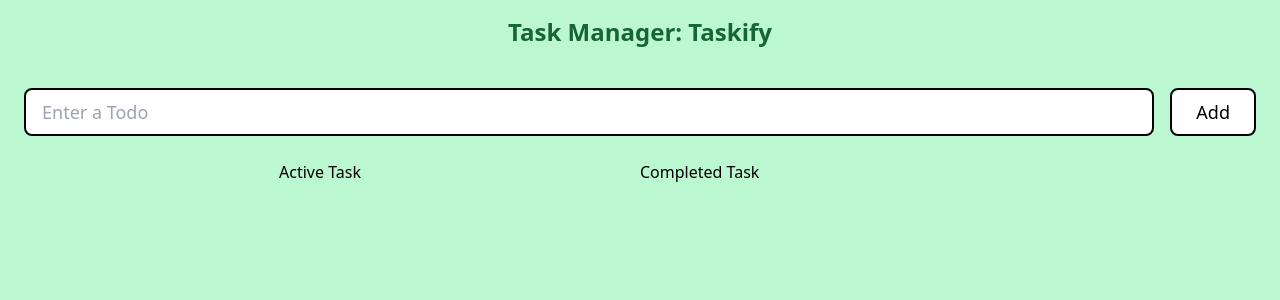
Repository: Dineshbhandari2023/Todo
Page: /
An editor plug-in stored every save of this project. The page is shown before and after the next save, followed by the edit.
The browser window is 1280 px wide. The pictures show the whole page.
Some web fonts or font styles are not loaded; a fallback is used. The project was rebuilt for these pictures with package versions that can differ from the ones it lists, and the page was loaded fresh each time. Also part of the build but not shown: src/Components/SingleTodo.tsx.

Above is the page before, as saved 2025-06-19 21:59:57.

### src/App.tsx
import React, { useState } from "react";
import "./App.css";
import InputFields from "./Components/InputFields";
import { Todo } from "./model";
import TodoList from "./Components/TodoList";

// //Learning Types
// let name: string;
// let age: number;
// let hobbies: string[];
// let role: [number, number, string];

// // Objects Can be defined using: types or interface
// type Animal = {
//   name: string;
//   age: number;
//   color?: string;
// };

// let myAnimal: Animal = {
//   name: "Dog",
//   age: 3,
//   color: "Brown",
// };

// let Animals: Animal[];

// //defining function in ts
// function printAnything(Animal: string) {
//   console.log(Animal);
// }

// printAnything("DOG");

const App: React.FC = () => {
  const [todo, setTodo] = useState<string>("");
  const [todos, setTodos] = useState<Todo[]>([]);

  const handleAdd = (e: React.FormEvent) => {
    e.preventDefault();
    if (todo) {
      setTodos([...todos, { id: Date.now(), todo: todo, isDone: false }]);
      setTodo("");
    }
  };
  console.log(todos);

  return (
    <div className="bg-green-200 h-screen">
      <h1 className="font-extrabold text-center text-green-800 text-2xl p-4">
        Task Manager: Taskify
      </h1>
      <InputFields todo={todo} setTodo={setTodo} handleAdd={handleAdd} />
      <TodoList todos={todos} setTodos={setTodos} />
    </div>
  );
};

export default App;

### src/App.css
@import url("https://fonts.googleapis.com/css2?family=Montserrat:ital@0;1&family=Savate:ital,wght@0,200..900;1,200..900&display=swap");

.App {
  text-align: center;
  font-family: "Montserrat", sans-serif;
}

### src/Components/InputFields.tsx
import React, { useRef } from "react";

interface Props {
  todo: string;
  setTodo: React.Dispatch<React.SetStateAction<string>>;
  handleAdd: (e: React.FormEvent) => void;
}

const InputFields = ({ todo, setTodo, handleAdd }: Props) => {
  const inputRef = useRef<HTMLInputElement>(null);
  return (
    <form
      className="flex gap-4 m-6"
      onSubmit={(e) => {
        handleAdd(e);
        inputRef.current?.blur();
      }}
    >
      <input
        ref={inputRef}
        type="text"
        value={todo}
        onChange={(e) => setTodo(e.target.value)}
        placeholder="Enter a Todo"
        className="flex-1 px-4 py-2 border-2 border-black rounded-lg text-lg focus:outline-none focus:ring-2 focus:ring-blue-500"
      />
      <button
        className="px-6 py-2 bg-white border-2 border-black rounded-lg text-lg font-medium hover:bg-blue-600 focus:outline-none focus:ring-2 focus:ring-blue-500"
        type="submit"
      >
        Add
      </button>
    </form>
  );
};

export default InputFields;

### src/Components/TodoList.tsx
import React from "react";
import { Todo } from "../model";
import SingleTodo from "./SingleTodo";

interface Props {
  todos: Todo[];
  setTodos: React.Dispatch<React.SetStateAction<Todo[]>>;
}

const TodoList = ({ todos, setTodos }: Props) => {
  return (
    <div className="flex justify-between">
      <div className="w-2/4">
        <h1 className="text-center">Active Task</h1>
        <div>
          {todos.map((todo) => (
            <SingleTodo
              todo={todo}
              key={todo.id}
              todos={todos}
              setTodos={setTodos}
            />
          ))}
        </div>
      </div>
      <div className="w-2/4">
        <h1>Completed Task</h1>
        <div>
          {todos.map((todo) => (
            <SingleTodo
              todo={todo}
              key={todo.id}
              todos={todos}
              setTodos={setTodos}
            />
          ))}
        </div>
      </div>
    </div>
  );
};

export default TodoList;

Loaded but not shown: public/index.html (common file); src/index.tsx (common file); src/index.css (common file); tailwind.config.js (common file)

After the next save:
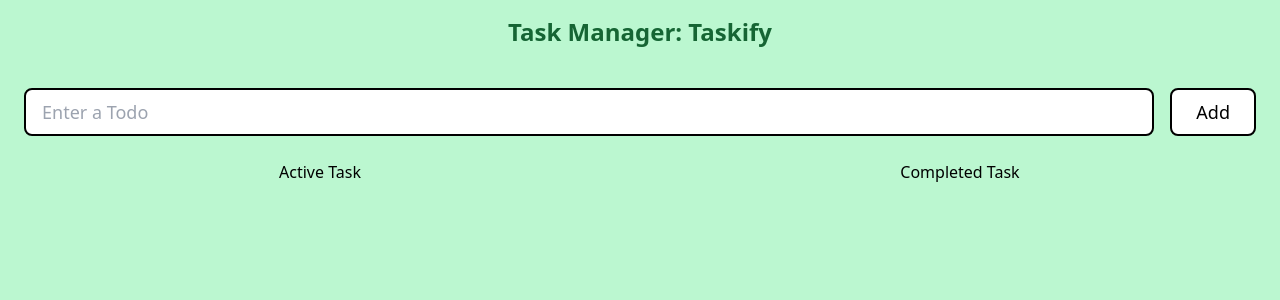
Saved 14 s later.
--- a/src/Components/TodoList.tsx
+++ b/src/Components/TodoList.tsx
@@ -24,7 +24,7 @@ const TodoList = ({ todos, setTodos }: Props) => {
         </div>
       </div>
       <div className="w-2/4">
-        <h1>Completed Task</h1>
+        <h1 className="text-center">Completed Task</h1>
         <div>
           {todos.map((todo) => (
             <SingleTodo
